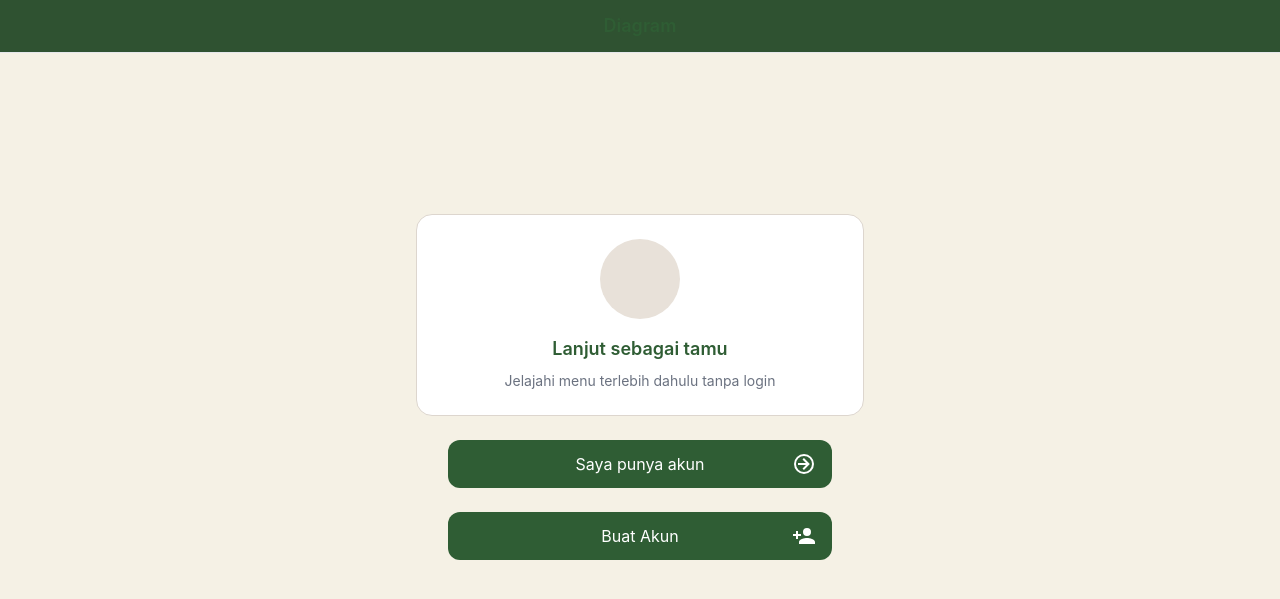
Repository: PajarAland/DiagramCoffee
Page: /
An editor plug-in stored every save of this project. The page is shown before and after the next save, followed by the edit.
The browser window is 1280 px wide. The pictures show the whole page.
The page's requests for data from a server got no answer. The project was rebuilt for these pictures with package versions that can differ from the ones it lists, and the page was loaded fresh each time. Some packages were replaced by stand-ins written for this rebuild. No one was signed in, and anything a server would have sent is missing. Also part of the build but not shown: vite.config.js, src/pages/Login.jsx, src/pages/Register.jsx, src/pages/Home.jsx, src/auth/ProtectedRoute.jsx.

Above is the page before, as saved 2026-04-26 18:04:08.

### index.html
<!doctype html>
<html lang="en">
  <head>
    <meta charset="UTF-8" />
    <link rel="icon" type="image/svg+xml" href="/favicon.svg" />
    <meta name="viewport" content="width=device-width, initial-scale=1.0" />
    <title>diagramcoffee</title>
  </head>
  <body>
    <div id="root"></div>
    <script type="module" src="/src/main.jsx"></script>
  </body>
</html>

### src/index.css
@tailwind base;
@tailwind components;
@tailwind utilities;

body {
  @apply font-sans;
}

### src/App.jsx
import { BrowserRouter, Routes, Route } from "react-router-dom";
import Landing from "./pages/Landing";
import Login from "./pages/Login";
import Register from "./pages/Register";
import Home from "./pages/Home";
import ProtectedRoute from "./auth/ProtectedRoute";
import { AuthProvider } from "./context/AuthContext";

function App() {
  return (
    <AuthProvider>
      <BrowserRouter>
        <Routes>
          <Route path="/" element={<Landing />} />
          <Route path="/login" element={<Login />} />
          <Route path="/register" element={<Register />} />

          <Route
            path="/home"
            element={
              <ProtectedRoute>
                <Home />
              </ProtectedRoute>
            }
          />
        </Routes>
      </BrowserRouter>
    </AuthProvider>
  );
}

export default App;

### src/pages/Landing.jsx
import { useNavigate } from "react-router-dom";
import { Link } from "react-router-dom";
import Navbar from "../components/ui/Navbar";
import arrowIconWhite from "../assets/mdi--arrow-right-thin-circle-outline-white.svg";
import accountAddWhite from "../assets/mdi--account-add-white.svg";

function Landing() {
  const navigate = useNavigate();

  return (
    <div className="min-h-screen bg-[#F5F1E5] flex flex-col">

      <Navbar title="Diagram" />

      <div className="flex flex-col items-center justify-center flex-1 w-full px-5">

        {/* <h1 className="text-3xl font-bold text-[#2F5D34] mb-6">
          Diagram
        </h1> */}

        <div className="bg-white rounded-2xl p-6 w-full max-w-md text-center border border-[#DDD6CE]">
          <div className="w-20 h-20 bg-[#E8E1D9] rounded-full mx-auto mb-4"></div>

          <Link to="/homeGuest" className="text-[#2F5D34] text-lg font-semibold hover:underline">
            Lanjut sebagai tamu
          </Link>

          <p className="text-gray-500 text-sm mt-2">
            Jelajahi menu terlebih dahulu tanpa login
          </p>
        </div>

        {/* <button onClick={() => navigate("/login")} className="mt-6 w-full max-w-md bg-[#2F5D34] text-white py-3 rounded-xl">
          Saya punya akun
        </button> */}

        <button
          onClick={() => navigate("/login")}
          className="mt-6 w-10/12 max-w-sm bg-[#2F5D34] text-white py-3 rounded-xl relative flex items-center justify-center"
        >
          <span className="text-center">Saya punya akun</span>

          <img
            src={arrowIconWhite}
            alt="arrow"
            className="w-6 h-6 absolute right-4"
          />
        </button>

        {/* <button onClick={() => navigate("/register")} className="mt-3 w-full max-w-md bg-[#446D48] text-white py-3 rounded-xl">
          Buat Akun
        </button> */}

        <button
          onClick={() => navigate("/register")}
          className="mt-6 w-10/12 max-w-sm bg-[#2F5D34] text-white py-3 rounded-xl relative flex items-center justify-center"
        >
          <span className="text-center">Buat Akun</span>

          <img
            src={accountAddWhite}
            alt="account add"
            className="w-6 h-6 absolute right-4"
          />
        </button>
      </div>
    </div>
  );
}

export default Landing;

### src/context/AuthContext.jsx
import { createContext, useContext, useEffect, useState } from "react";
import API from "../services/api";

const AuthContext = createContext();

export function AuthProvider({ children }) {
  const [user, setUser] = useState(null);
  const [initialized, setInitialized] = useState(false); // penting

  // ambil user sekali saat app start (background)
  const fetchUser = async () => {
    try {
      const res = await API.get("/api/user");
      setUser(res.data.data);
    } catch {
      setUser(null);
    } finally {
      setInitialized(true);
    }
  };

  useEffect(() => {
    fetchUser();
  }, []);

  const refreshUser = async () => {
  try {
    const res = await API.get("/api/user");
    setUser(res.data.data);
  } catch {
    setUser(null);
  } finally {
    setInitialized(true);
  }
};

  const login = (userData) => {
    setUser(userData);
  };

  const logout = async () => {
    await API.post("/api/logout");
    setUser(null);
  };

  return (
    <AuthContext.Provider
      value={{
        user,
        setUser,
        login,
        logout,
        initialized, // status auth selesai dicek
        refreshUser, // fungsi untuk refresh data user
      }}
    >
      {children}
    </AuthContext.Provider>
  );
}

export const useAuth = () => useContext(AuthContext);

### src/components/ui/NavBar.jsx
import { useNavigate } from "react-router-dom";

function Navbar({ title = "Diagram", showBack = false }) {
    const navigate = useNavigate();

    return (
        <div className="w-full bg-[#2F5231] border-b px-4 py-3 flex items-center justify-center relative">

        {/* Back button (optional) */}
        {showBack && (
            <button
            onClick={() => navigate(-1)}
            className="absolute left-4 text-[#2F5D34]"
            >
            ←
            </button>
        )}

        {/* Title */}
        <h1 className="text-lg font-semibold text-[#2F5D34]">
            {title}
        </h1>
        </div>
    );
}

export default Navbar;

### src/services/api.js
import axios from "axios";

const API = axios.create({
  baseURL: "http://localhost:8000",
  withCredentials: true,

  headers: {
    Accept: "application/json",
  },
});

// 🔥 INI YANG SELAMA INI KURANG
API.interceptors.request.use((config) => {
  const token = document.cookie
    .split("; ")
    .find(row => row.startsWith("XSRF-TOKEN="))
    ?.split("=")[1];

  if (token) {
    config.headers["X-XSRF-TOKEN"] = decodeURIComponent(token);
  }

  return config;
});

export default API;

### tailwind.config.js
/** @type {import('tailwindcss').Config} */
export default {
  content: [
    "./index.html",
    "./src/**/*.{js,jsx,ts,tsx}",
  ],
  theme: {
    fontFamily: {
      sans: ["Inter", "ui-sans-serif", "system-ui"],
    },
    extend: {},
  },
  plugins: [],
}

Loaded but not shown: src/main.jsx (common file)

After the next save:
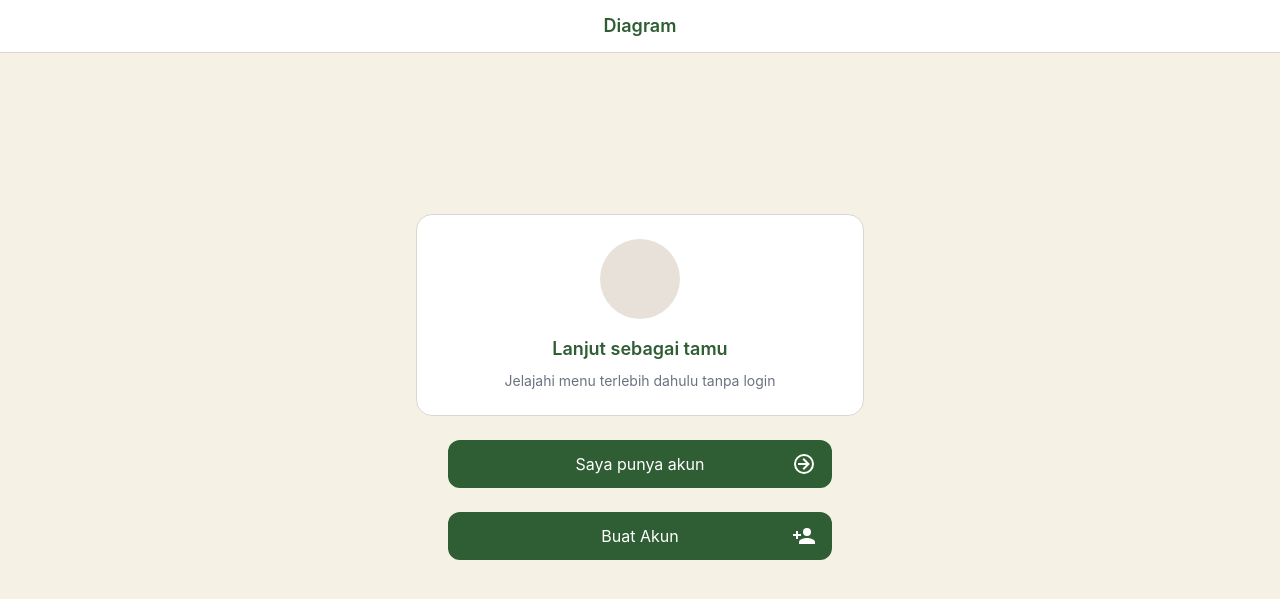
Saved 54 s later.
--- a/src/components/ui/NavBar.jsx
+++ b/src/components/ui/NavBar.jsx
@@ -4,7 +4,7 @@
     const navigate = useNavigate();
 
     return (
-        <div className="w-full bg-[#2F5231] border-b px-4 py-3 flex items-center justify-center relative">
+        <div className="w-full bg-white border-b border-[#DDD6CE] px-4 py-3 flex items-center justify-center relative">
 
         {/* Back button (optional) */}
         {showBack && (

After the save that followed:
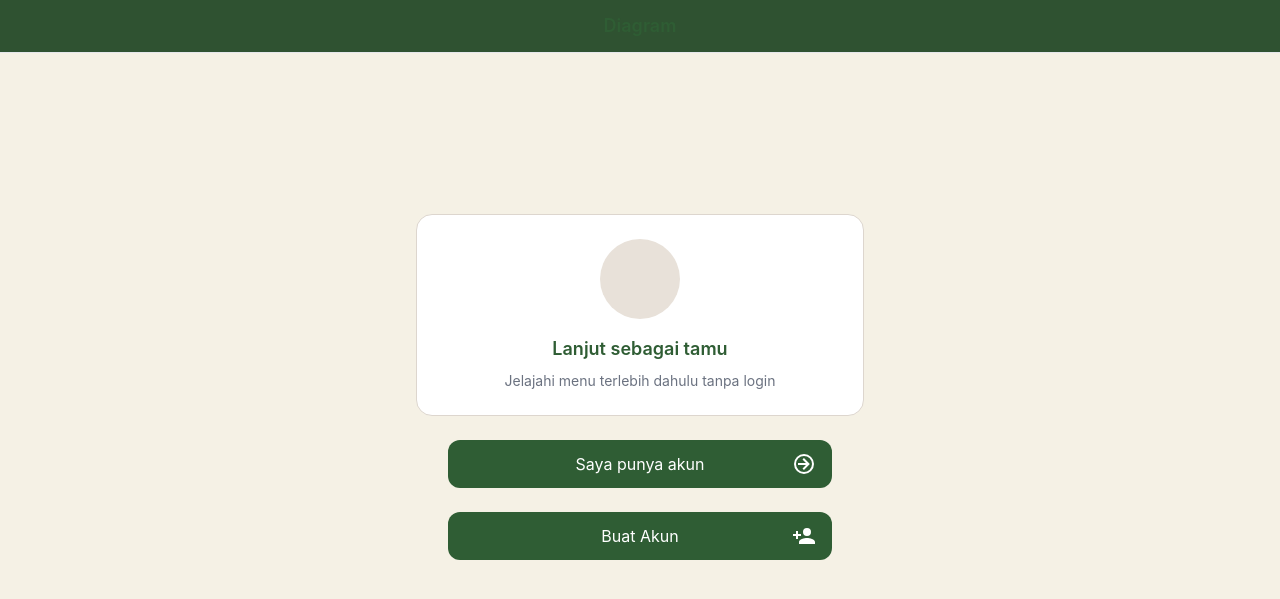
Saved 20 s later.
--- a/src/components/ui/NavBar.jsx
+++ b/src/components/ui/NavBar.jsx
@@ -4,7 +4,7 @@
     const navigate = useNavigate();
 
     return (
-        <div className="w-full bg-white border-b border-[#DDD6CE] px-4 py-3 flex items-center justify-center relative">
+        <div className="w-full bg-[#2F5231] border-b px-4 py-3 flex items-center justify-center relative">
 
         {/* Back button (optional) */}
         {showBack && (
